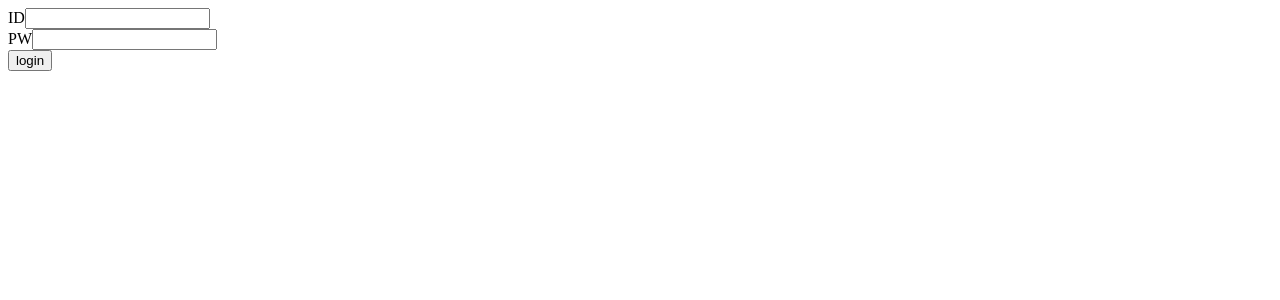
Repository: kimfunn/AI-Platform-
Page: workplace(0518)/17_SpringMVC/WebContent/index.html
The author's editor kept a copy of each file at every save. The page is drawn from the files as they stood at one save, then again after the next save.
The browser window is 1280 px wide. The pictures show the whole page.

Above is the page before, as saved 2021-06-28 06:49:59.

### workplace(0518)/17_SpringMVC/WebContent/index.html
<!DOCTYPE html>
<html>
<head>
<meta charset="utf-8">
<title>Insert title here</title>
</head>
<body>
	<form action = "test/login.do">
		ID<input name="id"><br>
		PW<input name="pw" type="password"><br>
		<input type="submit" value="login">

	</form>

</body>
</html>

After the next save:
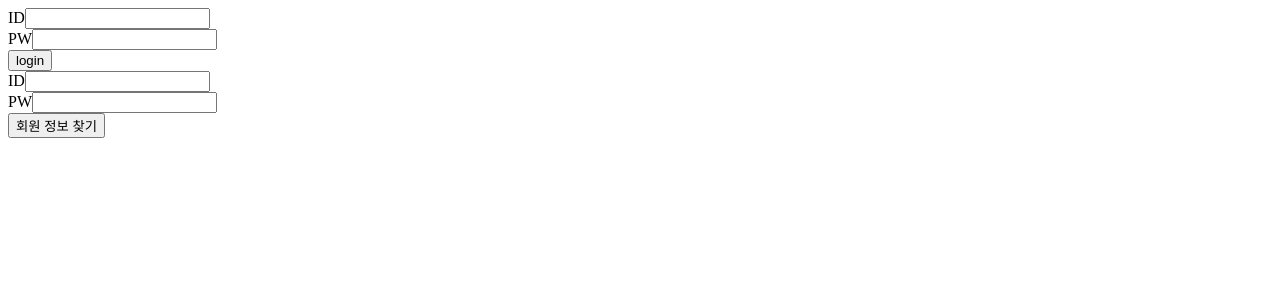
Saved 4 s later.
--- a/workplace(0518)/17_SpringMVC/WebContent/index.html
+++ b/workplace(0518)/17_SpringMVC/WebContent/index.html
@@ -12,5 +12,12 @@
 
 	</form>
 
+	<form action = "test/memberinfo.do">
+		ID<input name="id"><br>
+		PW<input name="pw" type="password"><br>
+		<input type="submit" value="회원 정보 찾기">
+
+	</form>
+
 </body>
 </html>
